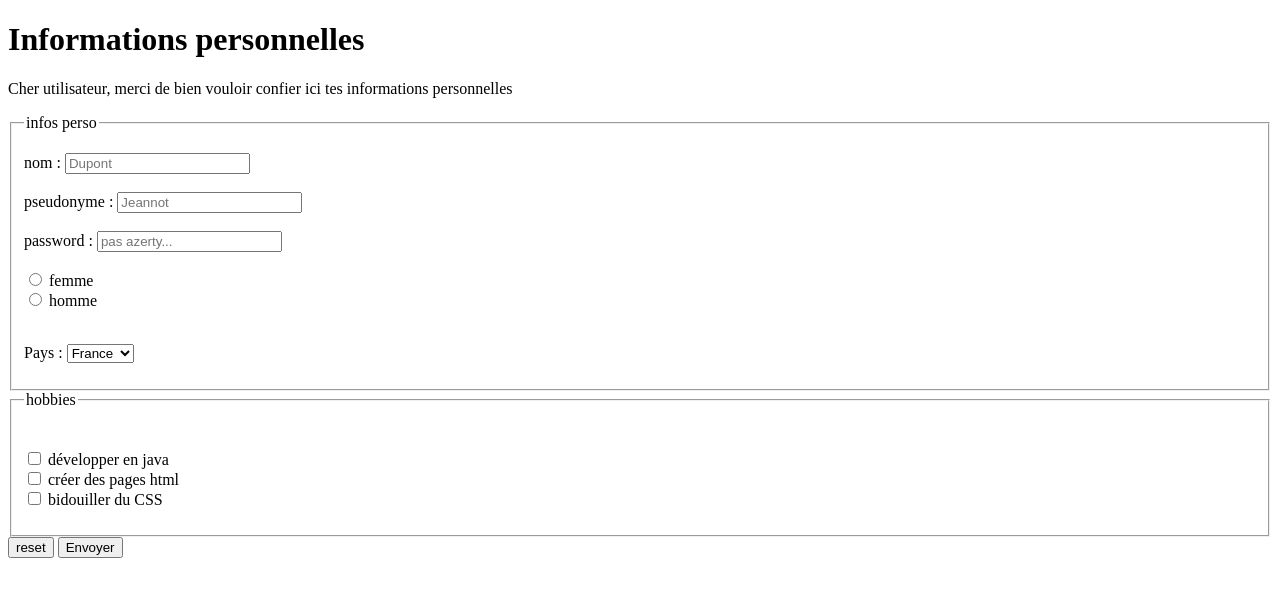
Repository: FabiendeBelleville/test
Page: GTM-eclipse-workspace-Fabien_Drouin/fabienFormulaire/WebContent/formulaire.html
These files come from the project's save history. The page is drawn as it stood at one moment and after the next save; the edit follows.
The browser window is 1280 px wide. The pictures show the whole page.

Above is the page before, as saved 2018-10-01 14:16:06.

After the next save:
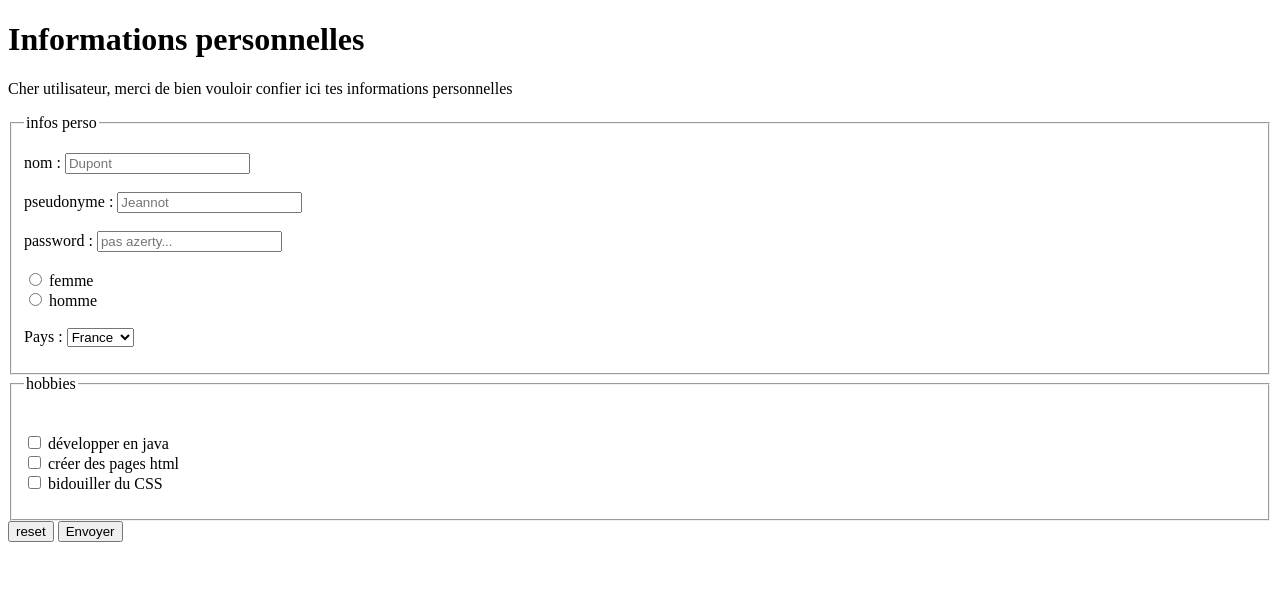
Saved 19 s later.
--- a/GTM-eclipse-workspace-Fabien_Drouin/fabienFormulaire/WebContent/formulaire.html
+++ b/GTM-eclipse-workspace-Fabien_Drouin/fabienFormulaire/WebContent/formulaire.html
@@ -23,10 +23,10 @@
 				<label for="femme">femme</label> <br /> <input type="radio"
 					name="sex" value="homme" id="homme" /> <label for="homme">homme</label>
 				<br />
-			</p>
 
 
-			<p>
+
+
 
 			<br> Pays :
 				<select name="hobbies" id="hobbies">
